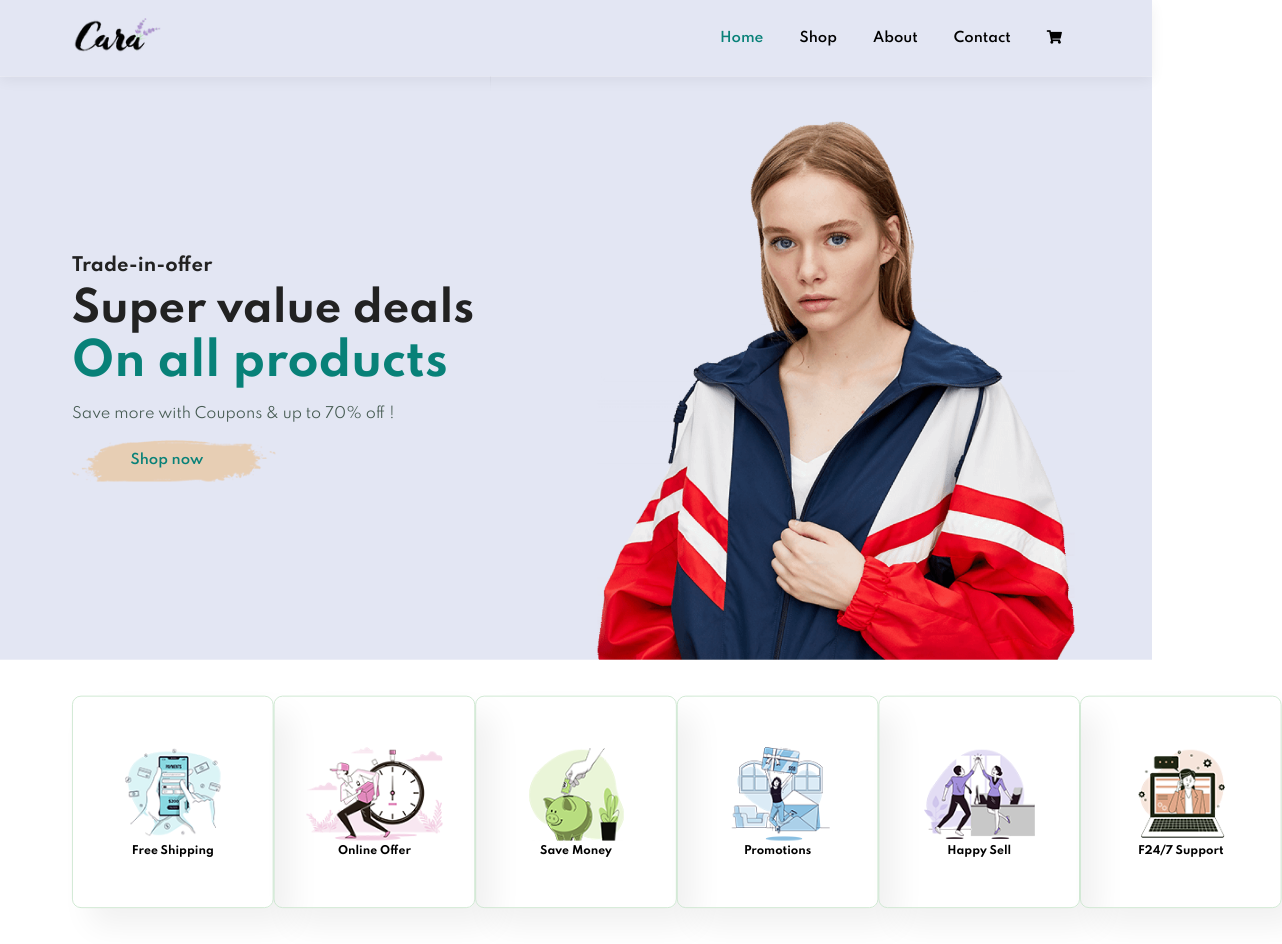
Repository: Daryllgio/E-Commerce-Website-UI
Page: index.html
The author's editor kept a copy of each file at every save. The page is drawn from the files as they stood at one save, then again after the next save.
The browser window is 1280 px wide. The page is 1424 px wide, then 1280 px, so the pictures cover 1424 px, including what lies to the right of the window. The pictures show the whole page, at 90% of full size.
Some web libraries are served in a nearby version.

Above is the page before, as saved 2024-12-31 12:25:44.

After the next save:
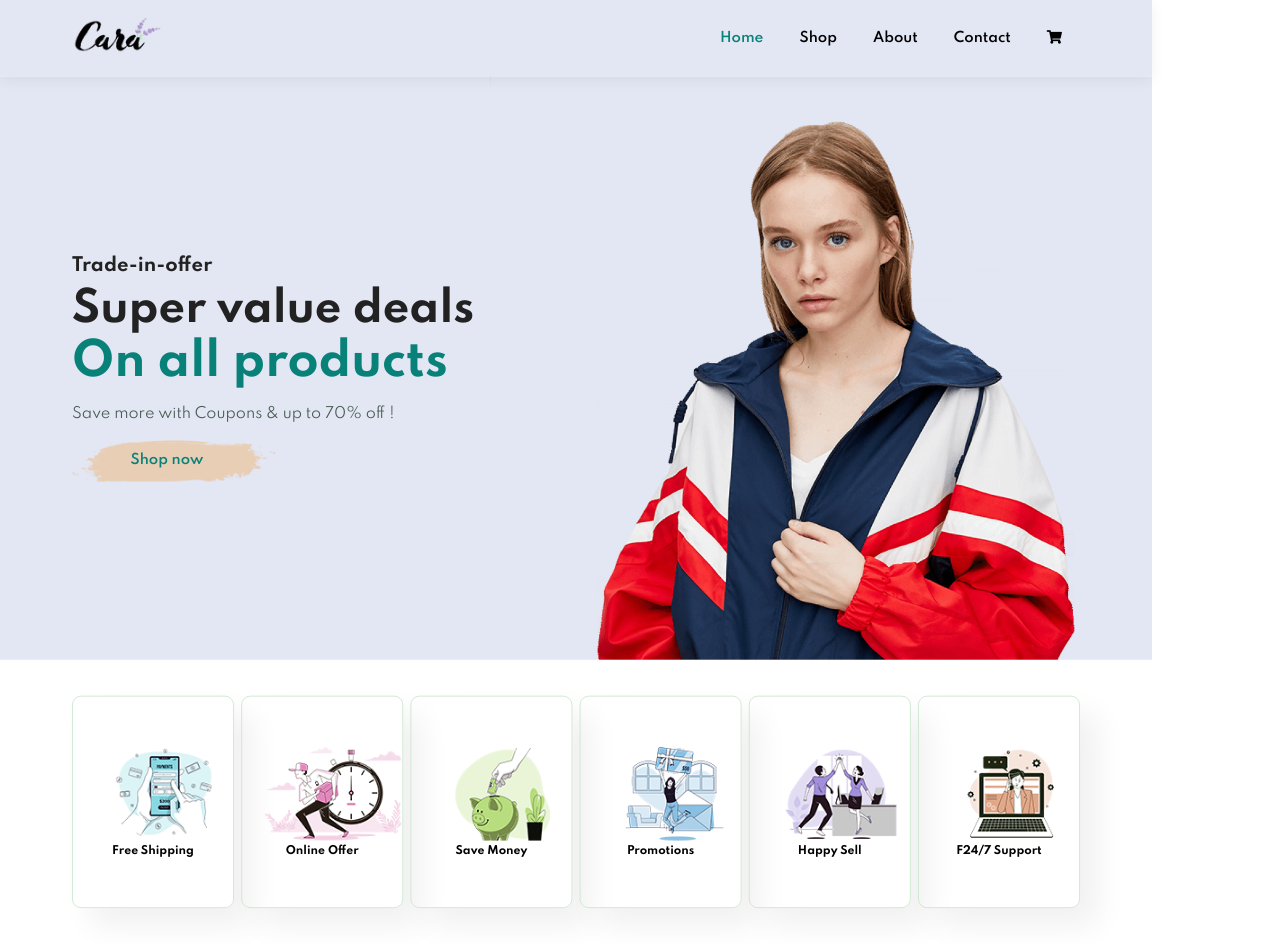
Saved 11 s later.
--- a/style.css
+++ b/style.css
@@ -131,8 +131,9 @@ body {
 }
 
 #Features .fe-box {
+  width: 180px;
   text-align: center;
-  padding: 55px 35px;
+  padding: 55px 25px;
   border: 1px solid #cce7d0;
   box-shadow: 20px 20px 34px rgba(0, 0, 0, 0.06);
   border-radius: 10px;
